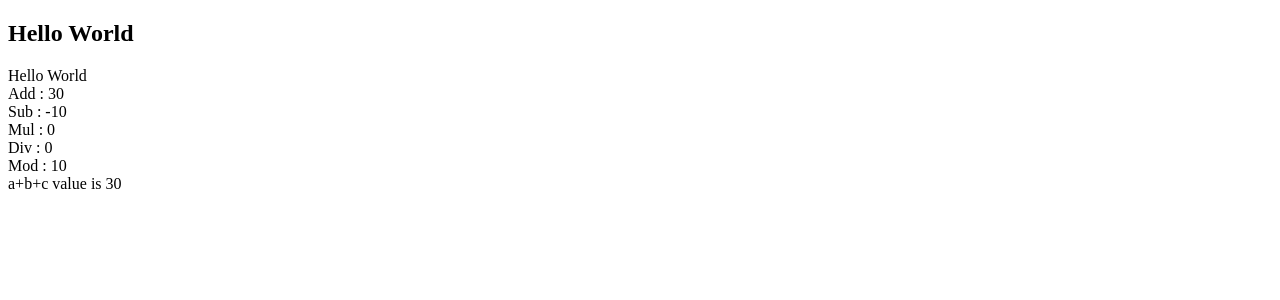
Repository: IFO45/epj
Page: http://localhost/com.5a1servlet/
These files come from the project's save history. The page is drawn as it stood at one moment and after the next save; the edit follows.
The browser window is 1280 px wide. The pictures show the whole page.
The page is served by Tomcat 10.

Above is the page before, as saved 2025-09-27 11:09:52.

After the next save:
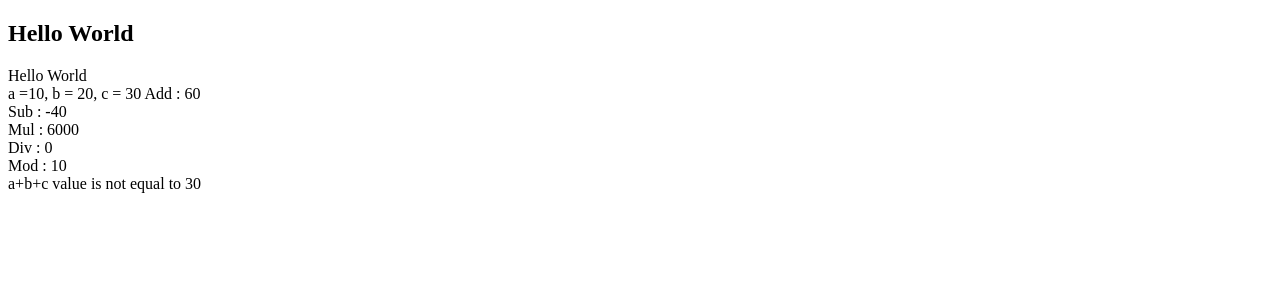
Saved 33 min 21 s later.
--- a/Practical 4 - JSP/com.5a1servlet/src/main/webapp/index.jsp
+++ b/Practical 4 - JSP/com.5a1servlet/src/main/webapp/index.jsp
@@ -8,10 +8,11 @@
 		<h2> Hello World </h2>
 		<% out.println("Hello World"); %>
 		<br/>
+		<% out.println("a =10, b = 20, c = 30"); %>
 		<%
 			int a = 10;
 			int b = 20;
-			int c = 0;
+			int c = 30;
 		%>
 
 		Add : <%= a+b+c %><br/>
